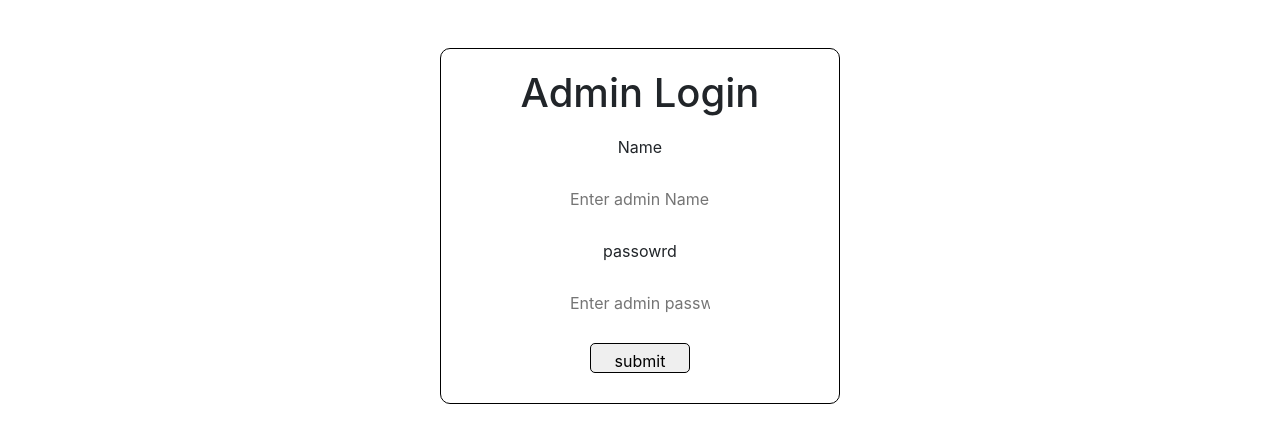
Repository: parthikjadav/parthik-react-practicle-exam
Page: /
The author's editor kept a copy of each file at every save. The page is drawn from the files as they stood at one save, then again after the next save.
The browser window is 1280 px wide. The pictures show the whole page.
The project was rebuilt for these pictures with package versions that can differ from the ones it lists, and the page was loaded fresh each time. Requests to the local data server were answered from the project's data file. Also part of the build but not shown: src/App.css, src/componet/page/Reservationform.jsx, src/componet/page/Reservationlist.jsx, src/componet/header/navdata.js, src/componet/header/Navbar.jsx.

Above is the page before, as saved 2024-05-16 10:42:58.

After the next save:
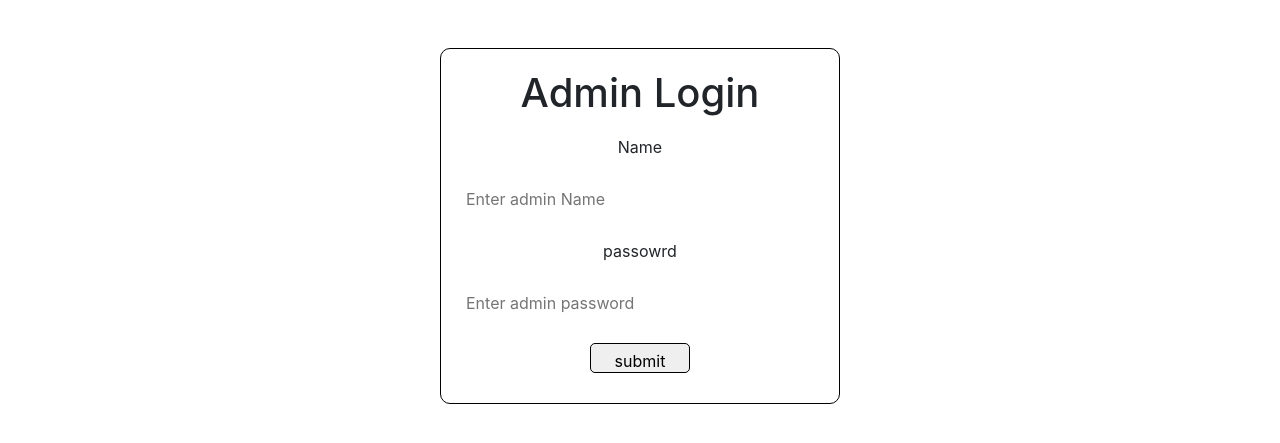
Saved 15 s later.
--- a/src/componet/page/AdminLogin.css
+++ b/src/componet/page/AdminLogin.css
@@ -10,7 +10,7 @@
   border-radius: 10px
 }
 .form input{
-  width: 150px;
+  width: 100%;
   height: 40px;
   margin: 10px 0px;
   background-color: white;
